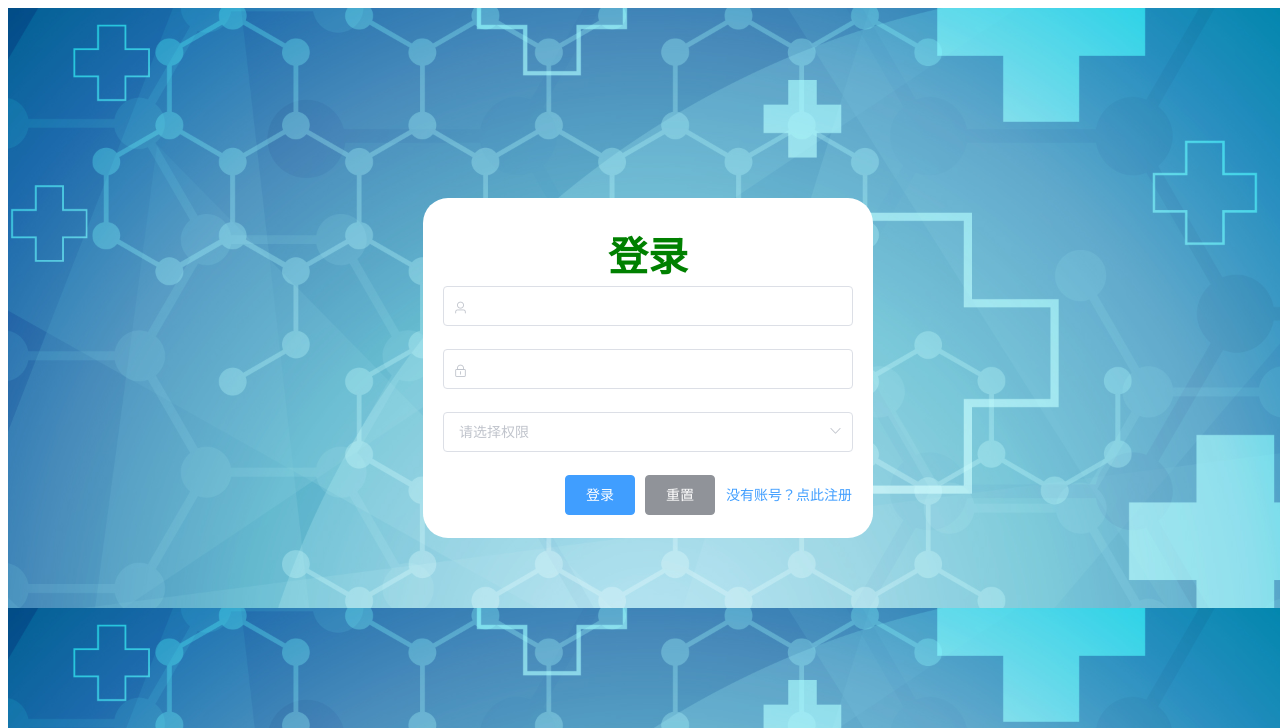
Repository: ShaoCHis/WEB-SOA-frontEnd
Page: /
These files come from the project's save history. The page is drawn as it stood at one moment and after the next save; the edit follows.
The browser window is 1280 px wide. The pictures show the whole page.
The project was rebuilt for these pictures with package versions that can differ from the ones it lists, and the page was loaded fresh each time. Also part of the build but not shown: src/components/test.vue, src/components/test2.vue, src/components/Register.vue, src/components/Admin/ManagePage.vue, src/components/Hospital/HMainPage.vue, src/components/Patient/MainPage.vue.

Above is the page before, as saved 2021-11-16 18:26:32.

After the next save:
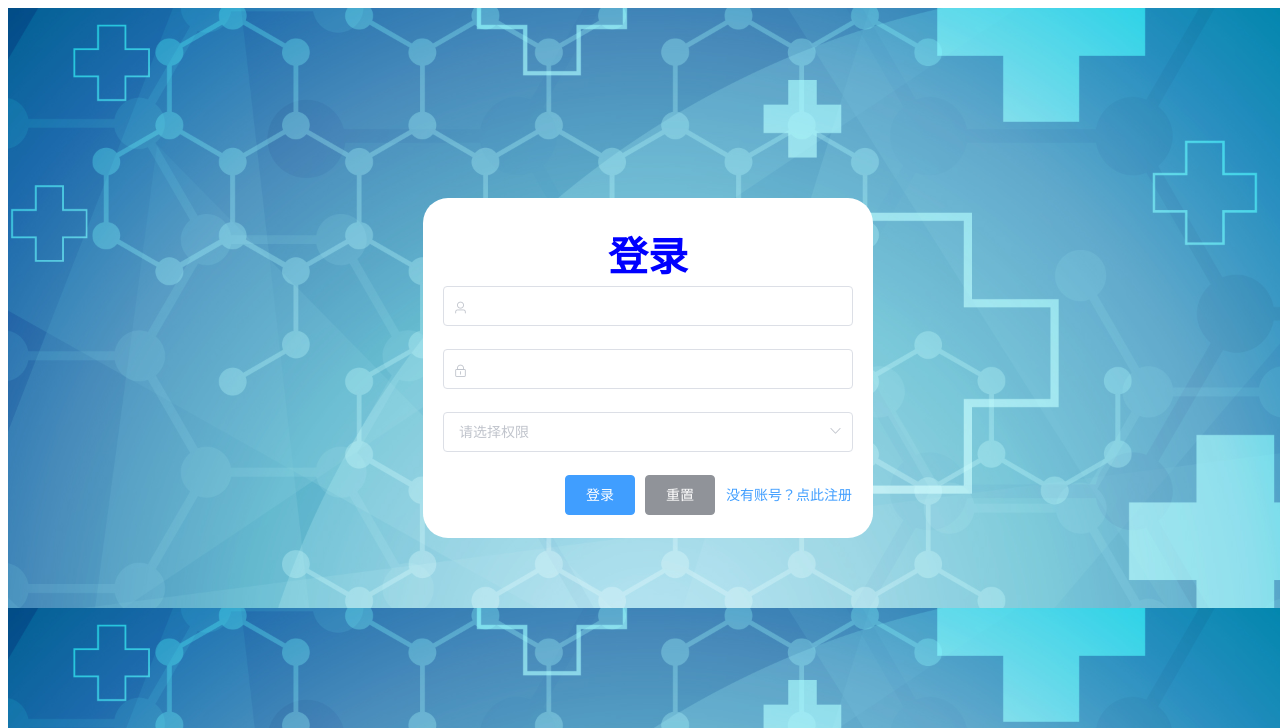
Saved 7 s later.
--- a/src/components/Login.vue
+++ b/src/components/Login.vue
@@ -119,7 +119,7 @@ export default {
 
 <style lang="less" scoped>
 .tip{
-          color: green;
+          color: blue;
           font-size: 20px;
           font-weight: bold;
           text-align: center;
